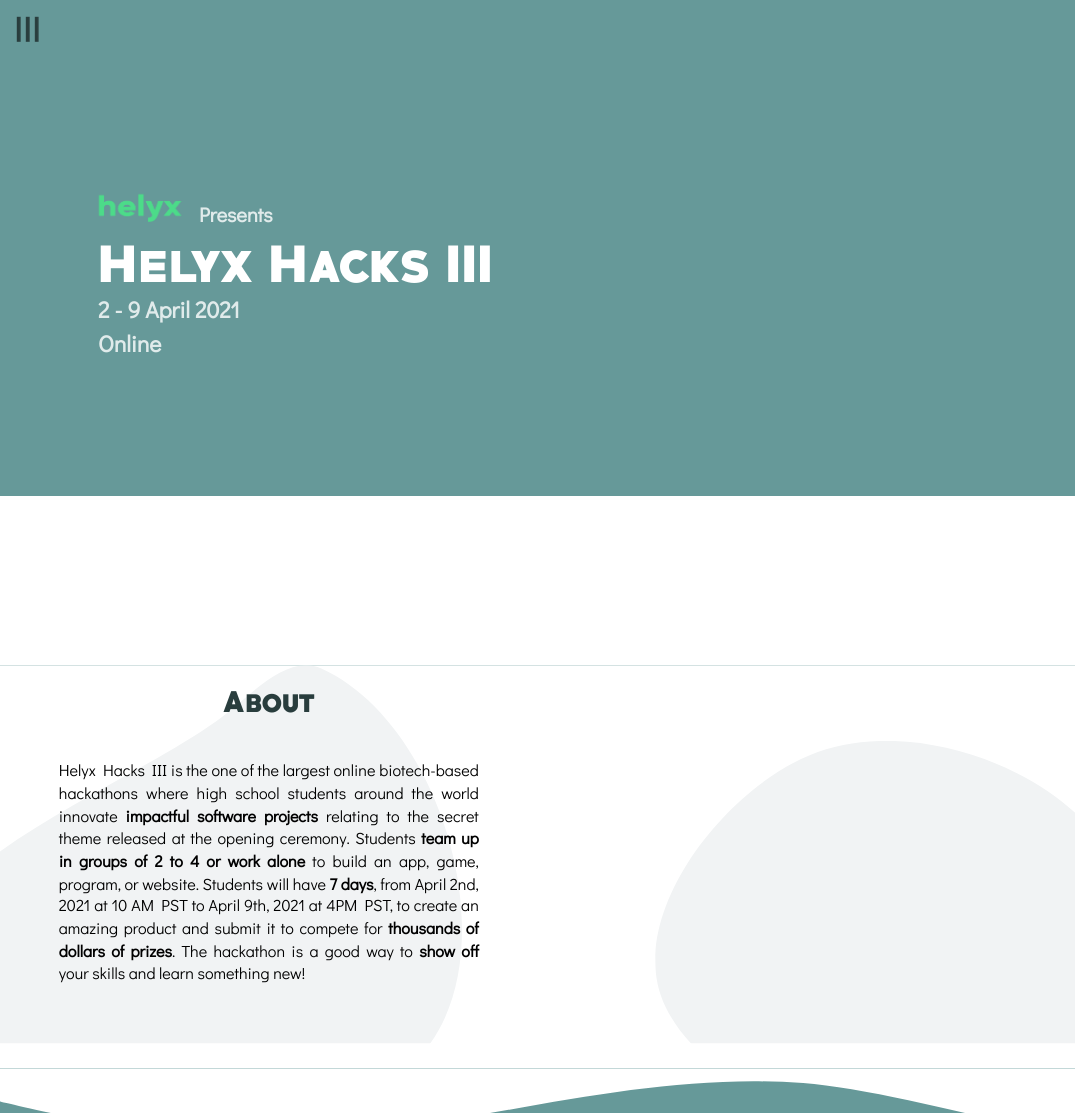
Repository: yashg4509/helyxhacksIII
Page: index.html
An editor plug-in stored every save of this project. The page is shown before and after the next save, followed by the edit.
The browser window is 1280 px wide. The pictures show the part of the page from y = 0 to 1325 px (the page is 9116 px tall before and 8816 px after), at 84% of full size.
A picture or video elsewhere on the page could not be fetched, so the positions and the page height are approximate.

Above is the page before, as saved 2021-02-17 22:53:21.

### index.html
<!DOCTYPE html>
<html>

<head>
	<title> Helyx Hacks III</title>
	<meta http-equiv="Content-Type" content="text/html; charset=UTF-8">
	<meta name="viewport" content="width=device-width, initial-scale=1.0, user-scalable=no">
	<meta name="description"
		content="Helyx Hacks III - Third edition of annual hackathon organized by The Helyx Initiative">
	<meta name="author" content="Yash Gupta <yash@helyxscience.org>">
	<link rel="shortcut icon" href="./images/new_logo.png" type="image/x-icon" />
	<link rel="stylesheet" type="text/css" href="./css/main.css">
	<link rel="stylesheet" type="text/css" href="./css/responsive.css">
	<link href="https://fonts.googleapis.com/css?family=Didact+Gothic" rel="stylesheet">
	<script src="https://code.jquery.com/jquery-3.3.1.js"
		integrity="sha256-2Kok7MbOyxpgUVvAk/HJ2jigOSYS2auK4Pfzbm7uH60=" crossorigin="anonymous"></script>
	<!-- <script>
		document.addEventListener('DOMContentLoaded', function () {
			let devfolioOptions = {
					buttonSelector: '#devfolio-apply-now',
					key: 'hackonhills',
			}

			let script = document.createElement('script');
			script.src = "https://apply.devfolio.co";
			document.head.append(script);

			script.onload = function () {
					new Devfolio(devfolioOptions);
					let e1 = document.createElement('div');
					e1.className = "button-back";
					document.getElementById("devfolio-apply-now").appendChild(e1);
			}

			script.onerror = function () {
					document.querySelector(devfolioOptions.buttonSelector).addEventListener('click', function () {
						window.location.href = 'https://devfolio.co/external-apply/' + devfolioOptions.key;
					});
			}
		});
	</script> -->
</head>

<body>
	<div class="header">
		<div class="blurred"></div>
		<ul class="nav">
			<li class="head">
				<span class="closeHeader">
					<img src="./images/cross.svg">
				</span>
			</li>
			<li class="navItem active"> Home </li>
			<li class="navItem"> Diversity </li>
			<!-- <li class="navItem"> Gallery </li> -->
			<li class="navItem"> Tracks </li>
			<li class="navItem"> Schedule </li>
			<li class="navItem"> Sponsors </li>
			<li class="navItem"> Prizes </li>
			<li class="navItem"> FAQs </li>
		</ul>
	</div>
	<div class="fullOverlay"></div>
	<div class="content">
		<div class="hamburger">
			<img src="./images/menu.svg">
		</div>
		<div class="appteam-logo">
			<!--<img src="./images/logo.svg" title="App Team NITH">-->
		</div>
		<div class="frame frame1">
			<img src="./images/back-1.svg" class="img-back">
			<div class="frame1-right">
				<img src="./images/frame1-icon.svg">
			</div>
			<div class="frame1-left">
				<div class="content">
					<div class="sponsor-name"> <a href="https://helyx.science" target="__blank"><img
								src="./images/Helyx_Logo.png" class="github-home-icon"></a> Presents </div>
					<div class="name"> Helyx Hacks III</div><br>
					<div class="date"> 2 - 9 April 2021 </div><br>
					<div class="date"> Online </div>
					<!-- <div class="devfolio">
						<button id="devfolio-apply-now"> Apply With Devfolio </button>
					</div> -->
				</div>
			</div>
			<!-- <div class="app-team-icon">
				<img src="./images/appteam.png">
			</div> -->
		</div>
		<div class="frame frame2">
			<img class="img-back-left" src="./images/back-2.svg">
			<img class="img-back" src="./images/back-3.svg">
			<div class="frame2-left">
				<img src="./images/frame1-right.svg">
			</div>
			<div class="frame2-right">
				<div class="name"> About </div>
				<div class="content">
					<p>
						Helyx Hacks III is the one of the largest online biotech-based hackathons where high school
						students around the world innovate <strong>impactful
						software projects</strong> relating to the secret theme released at the opening ceremony. Students
						<strong>team up in groups of 2 to 4 or work
						alone</strong> to build an app, game, program, or website. Students will have <strong>7 days</strong>, from April
						2nd, 2021 at 10 AM PST to April 9th, 2021 at
						4PM PST, to create an amazing product and submit it to compete for <strong>thousands of dollars of
						prizes</strong>. The hackathon is a good way to <strong>show off</strong> your skills and learn something new!
					</p>
				</div>
			</div>
		</div>
		<div class="frame frame3">
			<img src="./images/back-4.svg" class="img-back">
			<img src="./images/back-5.svg" class="img-back-bottom">
		<div class="frame frame6">
			<img src="./images/back-6.svg" class="img-back-left">
			<img src="./images/back-7.svg" class="img-back-right">
			<div class="name"> Registration </div>
			<div class="prizes">
				<div class="prizes-cont">
					<div class="prize">
						<div class="prize-img">
							<img src="./images/new_logo.png">
						</div>
						<div class="prize-text">
							First Prize : ₹ 15000 Cash
						</div>
					</div>
					<div class="prize">
						<div class="prize-img">
							<img src="./images/new_logo.png">
						</div>
						<div class="prize-text">
							Second Prize : ₹ 10000 Cash
						</div>
					</div>
					<div class="prize">
						<div class="prize-img">
							<img src="./images/new_logo.png">
						</div>
						<div class="prize-text">
							Third Prize : ₹ 5000 Cash
						</div>
					</div>
					<div class="prize">
						<div class="prize-img">
							<img src="./images/new_logo.png">
						</div>
						<div class="prize-text">
							Most Innovative : ₹ 5000 Cash
						</div>
					</div>
					<div class="prize">
						<div class="prize-img">
							<img src="./images/new_logo.png">
						</div>
						<div class="prize-text">
							Diversity Prize : ₹ 5000 Cash
						</div>
					</div>
					<div class="prize">
						<div class="prize-img">
							<img src="./images/new_logo.png">
						</div>
						<div class="prize-text">
							Best social media post tagging Hack on Hills - Special Schwags
						</div>
					</div>
					<div class="prize">
						<div class="prize-img">
							<img class="img-square" src="./images/Sponsors/zulip-logo.png">
						</div>
						<div class="prize-text">
							Best App using Zulip API - 100$
						</div>
					</div>
					<div class="prize">
						<div class="prize-img">
							<img src="./images/Sponsors/hasura_logo_horizontal_black.png">
						</div>
						<div class="prize-text">
							Best App using GraphQL - ₹ 5000 Flipkart Voucher
						</div>
					</div>
					<div class="prize">
						<div class="prize-img">
							<img src="./images/Sponsors/Matic_Logo.png">
						</div>
						<div class="prize-text">
							Best Ethereum App - ₹ 5000 Cash
						</div>
					</div>
					<div class="prize">
						<div class="prize-img">
							<img src="./images/Sponsors/devfolio.png">
						</div>
						<div class="prize-text">
							Participants developing Ethereum applications - Devfolio T-shirt
						</div>
					</div>
					<div class="prize">
						<div class="prize-img">
							<img src="./images/Sponsors/devfolio.png">
						</div>
						<div class="prize-text">
							Top 3 teams - T-Shirts/Bags and Coupons
						</div>
					</div>
					<div class="prize">
						<div class="prize-img">
							<img src="./images/Sponsors/roposo.png">
						</div>
						<div class="prize-text">
							Top 10 teams - Placement Opportunities
						</div>
					</div>
					<div class="prize">
						<div class="prize-img">
							<img src="./images/Sponsors/socialcops.png">
						</div>
						<div class="prize-text">
							Top 5 teams - Placement Opportunities
						</div>
					</div>
					<div class="prize">
						<div class="prize-img">
							<img src="./images/Sponsors/bugsee.png">
						</div>
						<div class="prize-text">
							Top 3 teams - $1000 Bugsee Credit
						</div>
					</div>
					<div class="prize">
						<div class="prize-img">
							<img src="./images/Sponsors/sketch-logo-light-transparent@2x.png">
						</div>
						<div class="prize-text">
							Top 3 teams -Sketch License
						</div>
					</div>
					<div class="prize">
						<div class="prize-img">
							<img src="./images/Sponsors/sketch-logo-light-transparent@2x.png">
						</div>
						<div class="prize-text">
							3 Licenses to be raffled among Participants
						</div>
					</div>
					<div class="prize">
						<div class="prize-img">
							<img class="img-square" src="./images/Sponsors/Creative-tim.png">
						</div>
						<div class="prize-text">
							Top 3 Teams - Access to their premium products
						</div>
					</div>
				</div>
			</div>
		</div>
		<div class="frame frame7">
			<img src="./images/back-4.svg" class="img-back">
			<img src="./images/back-5.svg" class="img-back-bottom">
			<div class="frame7-content">
				<div class="name">
					FAQs
				</div>
				<div class="faq">
					<div class="question">
						Is this hackathon an online event or offline?
					</div>
					<div class="answer">
						Hack on hills is offline event and as a participant you need to be present at NIT Hamirpur
						campus one or two day before the event at least.
					</div>

				</div>
				<div class="faq">
					<div class="question">
						Do this hackathon has any participation fees for students?
					</div>
					<div class="answer">
						No. The hackathon is free of cost for any student from any college all over India.
					</div>
				</div>
				<div class="faq">
					<div class="question">
						What are all the restrictions on Team formations for the event?
					</div>
					<div class="answer">
						A team can have at most 4 members and minimum of 2 members.
					</div>
				</div>
				<div class="faq">
					<div class="question">
						What should I do if I do not have any team yet?
					</div>
					<div class="answer">
						Just fill out the application form and according to skills you have filled out, we will match
						you with the best team possible during Pre-Hackathon meeting.
					</div>
				</div>
				<div class="faq">
					<div class="question">
						What are the Perks and Benefits of Participating in this Hackathon?
					</div>
					<div class="answer">
						Hackathon Provide hands on experience with the experts from different field working on the
						Projects like Blockchain, AI, Machine Learning, etc. This will help to give a head start if any
						one want to make project on the field. Along with that the participant will be provided with
						cool swags, stickers and refreshments to keep them up.
					</div>
				</div>
				<div class="faq">
					<div class="question">
						What are the Accommodation Facility for the Participant from Outside the College?
					</div>
					<div class="answer">
						Participant will be provided with Accommodation and Food in the Guest House of the College
						during the Hackathon Period.
					</div>
				</div>
				<div class="faq">
					<div class="question">
						How to reach NIT Hamirpur for the event?
					</div>
					<div class="answer">
						The nearest airport is Dharamshala (Gaggal, district Kangra). You can easily find flights from
						Delhi airport to Gaggal airport. From Gaggal bus stand, you have to take bus or private taxi to
						Hamirpur. Otherwise, direct buses to Hamirpur is also available from Delhi ISBT, from Chandigarh
						and from other places.
					</div>
				</div>
				<div class="faq">
					<div class="question">
						I have a question related to hackathon which is not listed above. What should I do?
					</div>
					<div class="answer">
						Feel free to reach us out. Just drop us a mail at <a
							href="mailto:hackonhills@gmail.com">hackonhills@gmail.com</a><br>
						You can also contact one of our organizers: Nitin (+91-8619295061), Aditya (+91-7976223877),
						Jatin (+91-7018352269)
					</div>
				</div>
			</div>
		</div>
		<div class="frame frame6">
			<img src="./images/back-6.svg" class="img-back-left">
			<img src="./images/back-7.svg" class="img-back-right">
			<div class="name"> Prizes </div>
			<div class="prizes">
				<div class="prizes-cont">
					<div class="prize">
						<div class="prize-img">
							<img src="./images/new_logo.png">
						</div>
						<div class="prize-text">
							First Prize : ₹ 15000 Cash
						</div>
					</div>
					<div class="prize">
						<div class="prize-img">
							<img src="./images/new_logo.png">
						</div>
						<div class="prize-text">
							Second Prize : ₹ 10000 Cash
						</div>
					</div>
					<div class="prize">
						<div class="prize-img">
							<img src="./images/new_logo.png">
						</div>
						<div class="prize-text">
							Third Prize : ₹ 5000 Cash
						</div>
					</div>
					<div class="prize">
						<div class="prize-img">
							<img src="./images/new_logo.png">
						</div>
						<div class="prize-text">
							Most Innovative : ₹ 5000 Cash
						</div>
					</div>
					<div class="prize">
						<div class="prize-img">
							<img src="./images/new_logo.png">
						</div>
						<div class="prize-text">
							Diversity Prize : ₹ 5000 Cash
						</div>
					</div>
					<div class="prize">
						<div class="prize-img">
							<img src="./images/new_logo.png">
						</div>
						<div class="prize-text">
							Best social media post tagging Hack on Hills - Special Schwags
						</div>
					</div>
					<div class="prize">
						<div class="prize-img">
							<img class="img-square" src="./images/Sponsors/zulip-logo.png">
						</div>
						<div class="prize-text">
							Best App using Zulip API - 100$
						</div>
					</div>
					<div class="prize">
						<div class="prize-img">
							<img src="./images/Sponsors/hasura_logo_horizontal_black.png">
						</div>
						<div class="prize-text">
							Best App using GraphQL - ₹ 5000 Flipkart Voucher
						</div>
					</div>
					<div class="prize">
						<div class="prize-img">
							<img src="./images/Sponsors/Matic_Logo.png">
						</div>
						<div class="prize-text">
							Best Ethereum App - ₹ 5000 Cash
						</div>
					</div>
					<div class="prize">
						<div class="prize-img">
							<img src="./images/Sponsors/devfolio.png">
						</div>
						<div class="prize-text">
							Participants developing Ethereum applications - Devfolio T-shirt
						</div>
					</div>
					<div class="prize">
						<div class="prize-img">
							<img src="./images/Sponsors/devfolio.png">
						</div>
						<div class="prize-text">
							Top 3 teams - T-Shirts/Bags and Coupons
						</div>
					</div>
					<div class="prize">
						<div class="prize-img">
							<img src="./images/Sponsors/roposo.png">
						</div>
						<div class="prize-text">
							Top 10 teams - Placement Opportunities
						</div>
					</div>
					<div class="prize">
						<div class="prize-img">
							<img src="./images/Sponsors/socialcops.png">
						</div>
						<div class="prize-text">
							Top 5 teams - Placement Opportunities
						</div>
					</div>
					<div class="prize">
						<div class="prize-img">
							<img src="./images/Sponsors/bugsee.png">
						</div>
						<div class="prize-text">
							Top 3 teams - $1000 Bugsee Credit
						</div>
					</div>
					<div class="prize">
						<div class="prize-img">
							<img src="./images/Sponsors/sketch-logo-light-transparent@2x.png">
						</div>
						<div class="prize-text">
							Top 3 teams -Sketch License
						</div>
					</div>
					<div class="prize">
						<div class="prize-img">
							<img src="./images/Sponsors/sketch-logo-light-transparent@2x.png">
						</div>
						<div class="prize-text">
							3 Licenses to be raffled among Participants
						</div>
					</div>
					<div class="prize">
						<div class="prize-img">
							<img class="img-square" src="./images/Sponsors/Creative-tim.png">
						</div>
						<div class="prize-text">
							Top 3 Teams - Access to their premium products
						</div>
					</div>
				</div>
			</div>
		</div>
		<div class="frame frame5">
			<img src="./images/back-4.svg" class="img-back">
			<img src="./images/back-5.svg" class="img-back-bottom">
			<div class="frame5-content">
				<div class="name"> Sponsors </div>
				<div class="sponsor-icons">
					<div class="sponsor-icon main-sponsor">
						<a href="http://github.com/" target="__blank"><img src="./images/Sponsors/GitHub_Logo.png"></a>
					</div>
					<div class="sponsor-icon">
						<a href="https://ebizontek.com/" target="__blank"><img
								src="./images/Sponsors/EbizON-LOGO.png"></a>
					</div>
					<div class="sponsor-icon dev-icon">
						<a href="https://devfolio.co/" target="__blank"><img src="./images/Sponsors/devfolio.png"></a>
					</div>
					<div class="sponsor-icon">
						<a href="https://simbachain.com/" target="__blank"><img
								src="./images/Sponsors/SIMBA_logo-h.png"></a>
					</div>
					<div class="sponsor-icon square-icon">
						<a href="https://quiknode.io/" target="__blank"><img src="./images/Sponsors/QuikNode.png"></a>
					</div>
					<div class="sponsor-icon">
						<a href="https://matic.network/" target="__blank"><img
								src="./images/Sponsors/Matic_Logo.png"></a>
					</div>
					<div class="sponsor-icon dev-icon">
						<a href="https://metabrainz.org/" target="__blank"><img src="./images/Sponsors/meta.png"></a>
					</div>
					<div class="sponsor-icon">
						<a href="https://about.gitlab.com/" target="__blank"><img
								src="./images/Sponsors/gitlab.png"></a>
					</div>
					<div class="sponsor-icon square-icon">
						<a href="https://himachal.nic.in/en-IN/" target="__blank"><img
								src="./images/Sponsors/himachal govt logo.png"></a>
					</div>
					<div class="sponsor-icon dev-icon">
						<a href="https://codingblocks.com/" target="__blank"><img
								src="./images/Sponsors/Logo_DarkGrey_ NoShadow.png"></a>
					</div>
					<div class="sponsor-icon square-icon">
						<a href="https://zulipchat.com/" target="__blank"><img
								src="./images/Sponsors/zulip-logo.png"></a>
					</div>
					<div class="sponsor-icon">
						<a href="https://hasura.io/" target="__blank"><img
								src="./images/Sponsors/hasura_logo_horizontal_black.png"></a>
					</div>
					<div class="sponsor-icon">
						<a href="https://www.roposo.com/" target="__blank"><img src="./images/Sponsors/roposo.png"></a>
					</div>

					<div class="sponsor-icon">
						<a href="https://socialcops.com/" target="__blank"><img
								src="./images/Sponsors/socialcops.png"></a>
					</div>
					<div class="sponsor-icon dev-icon">
						<a href="https://www.stickermule.com/" target="__blank"><img
								src="./images/Sponsors/sticker-mule-logo-dark.png"></a>
					</div>
					<div class="sponsor-icon dev-icon">
						<a href="https://www.stickwidit.com/" target="__blank"><img
								src="./images/Sponsors/stickwidit.png"></a>
					</div>
					<div class="sponsor-icon square-icon">
						<a href="https://duassassins.in/" target="__blank"><img
								src="./images/Sponsors/Team Du Assassins!  20180619_140523.jpg"></a>
					</div>
					<div class="sponsor-icon dev-icon">
						<a href="https://www.hellointern.com/" target="__blank"><img
								src="./images/Sponsors/HI-Logo-PNG.png"></a>
					</div>
					<div class="sponsor-icon dev-icon">
						<a href="http://ohcampus.com/v2/" target="__blank"><img
								src="./images/Sponsors/OhCampus New Logo.png"></a>
					</div>
					<div class="sponsor-icon middle-icon">
						<a href="https://www.producthunt.com/" target="__blank"><img
								src="./images/Sponsors/product-hunt.png"></a>
					</div>
					<div class="sponsor-icon square-icon">
						<a href="https://www.jetbrains.com/" target="__blank"><img
								src="./images/Sponsors/JetBrains-Logo.svg"></a>
					</div>
					<div class="sponsor-icon">
						<a href="https://www.sketchapp.com/" target="__blank"><img
								src="./images/Sponsors/sketch-logo-light-transparent@2x.png"></a>
					</div>
					<div class="sponsor-icon square-icon">
						<a href="https://www.creative-tim.com/" target="__blank"><img
								src="./images/Sponsors/Creative-tim.png"></a>
					</div>
					<div class="sponsor-icon">
						<a href="https://www.bugsee.com/" target="__blank"><img src="./images/Sponsors/bugsee.png"></a>
					</div>
				</div>
			</div>
		</div>

		<div class="frame frame8">
			<div class="footer-icons">
				<a href="https://github.com/appteam-nith/HackOnHills" target="__blank"><img
						src="./images/github-color.svg"></a>
				<a href="https://www.facebook.com/hackonhills/" target="__blank"><img src="./images/fb-color.svg"></a>
				<a href="https://www.instagram.com/hackonhills/" target="__blank"><img
						src="./images/insta-color.svg"></a>
				<a href="https://twitter.com/hackonhills" target="__blank"><img src="./images/twitter-color.svg"></a>
				<a href="https://www.linkedin.com/company/hack-on-hills/" target="__blank"><img
						src="./images/linkedin-color.svg"></a>
				<a href="mailto:hackonhills@gmail.com"><img src="./images/email-color.svg"></a>
			</div>
			<div class="footer-text">
				<a href="https://hackcodeofconduct.org/847-hack_on_hills" target="__blank"> Code of Conduct </a>
			</div>
			<div class="footer-text">
				&copy; 2019 Team Hack on Hills
			</div>
			Made with &nbsp;&nbsp;<span class="heart">❤️</span>
		</div>
	</div>
	<script type="text/javascript" src="./js/menu.js"></script>
</body>

</html>

Loaded but not shown: images/frame1-right.svg (78 lines, source omitted); js/menu.js (87 lines, source omitted); css/main.css (901 lines, source omitted); css/responsive.css (263 lines, source omitted)

After the next save:
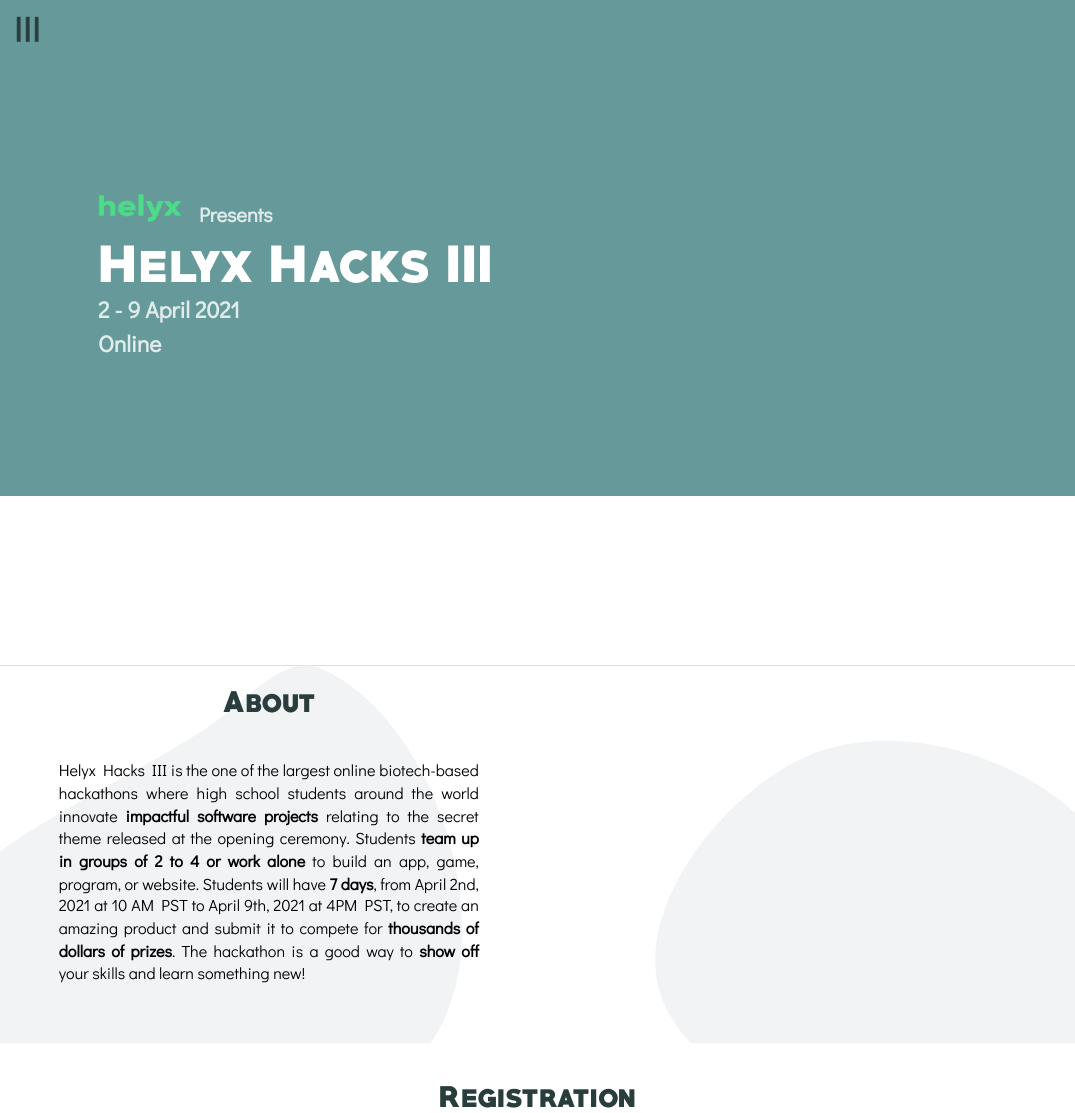
Saved 10 s later.
--- a/index.html
+++ b/index.html
@@ -111,9 +111,7 @@
 				</div>
 			</div>
 		</div>
-		<div class="frame frame3">
-			<img src="./images/back-4.svg" class="img-back">
-			<img src="./images/back-5.svg" class="img-back-bottom">
+
 		<div class="frame frame6">
 			<img src="./images/back-6.svg" class="img-back-left">
 			<img src="./images/back-7.svg" class="img-back-right">
